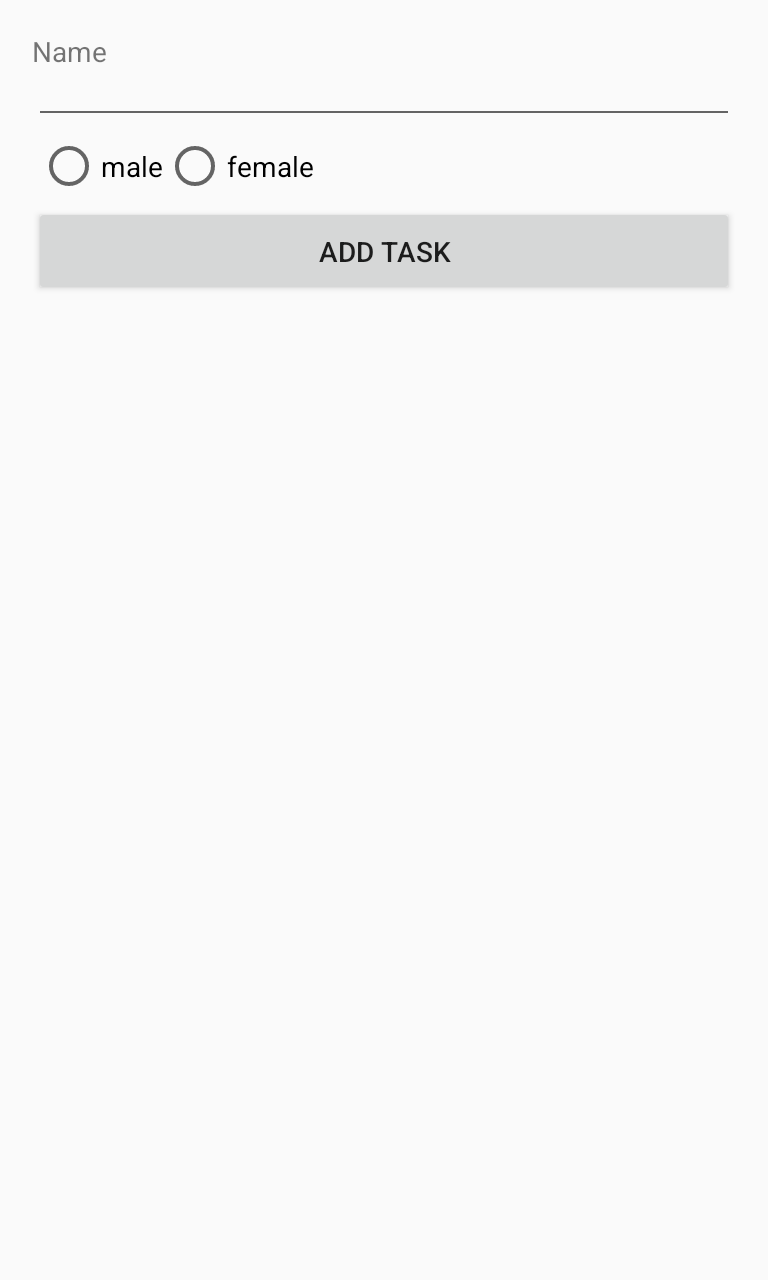
Repository: ThatCrazyIrishGuy/guiAndroidAssignment
Layout: ShoppingList/res/layout/activity_user_detail_form.xml
The author's editor kept a copy of each file at every save. The layout is drawn from the files as they stood at one save, then again after a run of saves.
It is drawn on a 768 x 1280 px phone screen (xhdpi) without system bars, with theme AppTheme; the app's code is not run.

Above is the layout before, as saved 2014-11-08 17:09:43.

### ShoppingList/res/layout/activity_user_detail_form.xml
<RelativeLayout xmlns:android="http://schemas.android.com/apk/res/android"
    xmlns:tools="http://schemas.android.com/tools"
    android:layout_width="match_parent"
    android:layout_height="match_parent"
    android:paddingBottom="@dimen/activity_vertical_margin"
    android:paddingLeft="@dimen/activity_horizontal_margin"
    android:paddingRight="@dimen/activity_horizontal_margin"
    android:paddingTop="@dimen/activity_vertical_margin"
    tools:context="ie.dit.britton.darren.shoppinglist.UserDetailForm" >

    <TextView
        android:id="@+id/nameLabel"
        android:layout_width="wrap_content"
        android:layout_height="wrap_content"
        android:text="Name" />

    <EditText
        android:layout_below="@+id/nameLabel"
        android:id="@+id/name"
        android:layout_width="fill_parent"
        android:layout_height="wrap_content"
 		android:padding="5px"
     />
   	<RadioGroup
   	    android:id="@+id/gender"
  	    android:layout_below="@+id/name"
		android:orientation="horizontal"
		android:layout_width="wrap_content"
		android:layout_height="wrap_content"
		android:padding="5px">
		<RadioButton
			android:id="@+id/male"
			android:text="male" />
		<RadioButton
			android:id="@+id/female"
			android:text="female" />
	</RadioGroup>
    <Button
        android:layout_below="@+id/gender"
        android:id="@+id/button1"
        android:layout_width="fill_parent"
        android:layout_height="wrap_content"
        android:text ="Add Task"

    />

</RelativeLayout>

Loaded but not shown: ShoppingList/res/values/styles.xml (common file); ShoppingList/res/values-v11/styles.xml (common file); ShoppingList/res/values-v14/styles.xml (common file); ShoppingList/res/values/dimens.xml (common file); ShoppingList/res/values-w820dp/dimens.xml (common file)

After the next 2 saves:
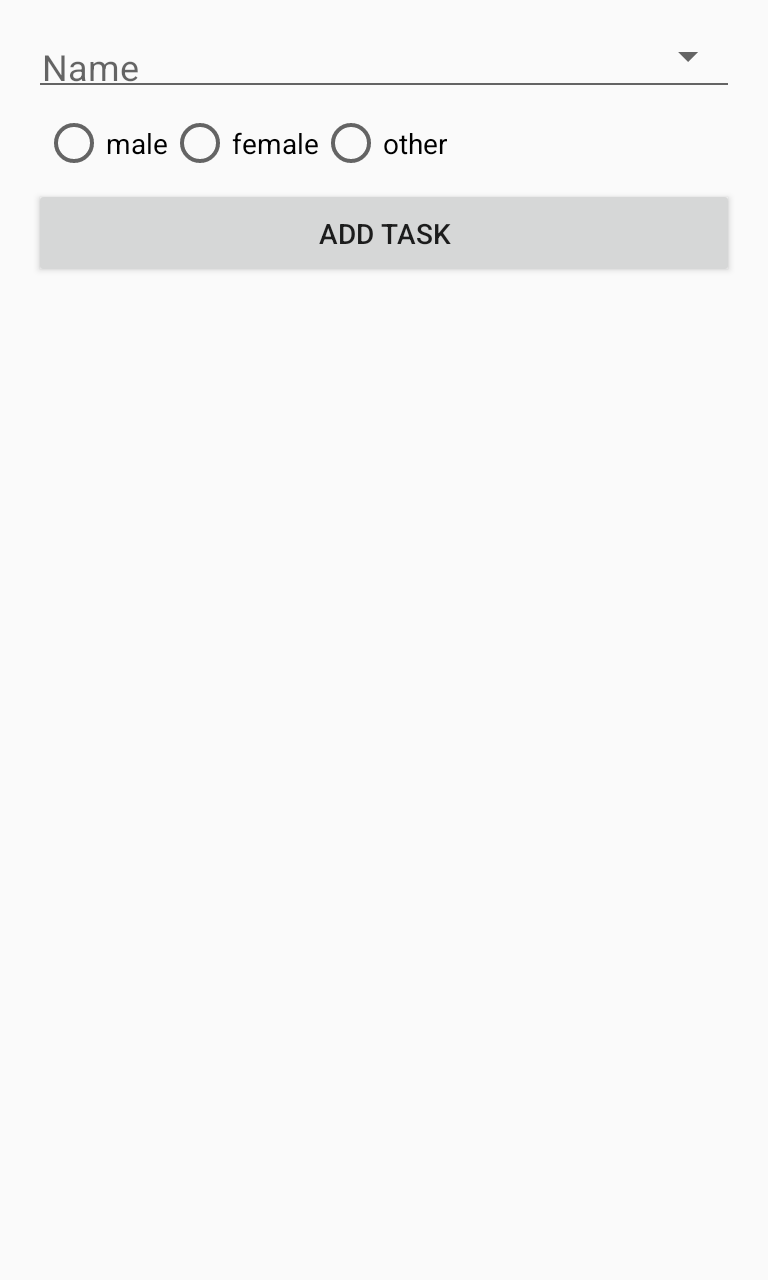
The 2 saves are shown as one change because 1 did not build or start.
The last was saved 13 min 27 s later.
--- a/ShoppingList/res/layout/activity_user_detail_form.xml
+++ b/ShoppingList/res/layout/activity_user_detail_form.xml
@@ -8,40 +8,50 @@
     android:paddingTop="@dimen/activity_vertical_margin"
     tools:context="ie.dit.britton.darren.shoppinglist.UserDetailForm" >
 
-    <TextView
-        android:id="@+id/nameLabel"
-        android:layout_width="wrap_content"
-        android:layout_height="wrap_content"
-        android:text="Name" />
-
     <EditText
         android:layout_below="@+id/nameLabel"
         android:id="@+id/name"
+        android:hint="Name"
         android:layout_width="fill_parent"
         android:layout_height="wrap_content"
- 		android:padding="5px"
+ 		android:padding="5dp"
      />
+
    	<RadioGroup
    	    android:id="@+id/gender"
   	    android:layout_below="@+id/name"
 		android:orientation="horizontal"
 		android:layout_width="wrap_content"
 		android:layout_height="wrap_content"
-		android:padding="5px">
+		android:padding="5dp">
 		<RadioButton
 			android:id="@+id/male"
-			android:text="male" />
+			android:text="male"
+		/>
 		<RadioButton
 			android:id="@+id/female"
-			android:text="female" />
+			android:text="female"
+		/>
+		<RadioButton
+			android:id="@+id/other"
+			android:text="other"
+		/>
 	</RadioGroup>
+
+	<Spinner
+    	android:id="@+id/job"
+    	android:layout_width="fill_parent"
+    	android:layout_height="wrap_content"
+ 		android:padding="5dp">
+    />
+    </Spinner>
+
     <Button
         android:layout_below="@+id/gender"
         android:id="@+id/button1"
         android:layout_width="fill_parent"
         android:layout_height="wrap_content"
         android:text ="Add Task"
-
     />
 
 </RelativeLayout>
